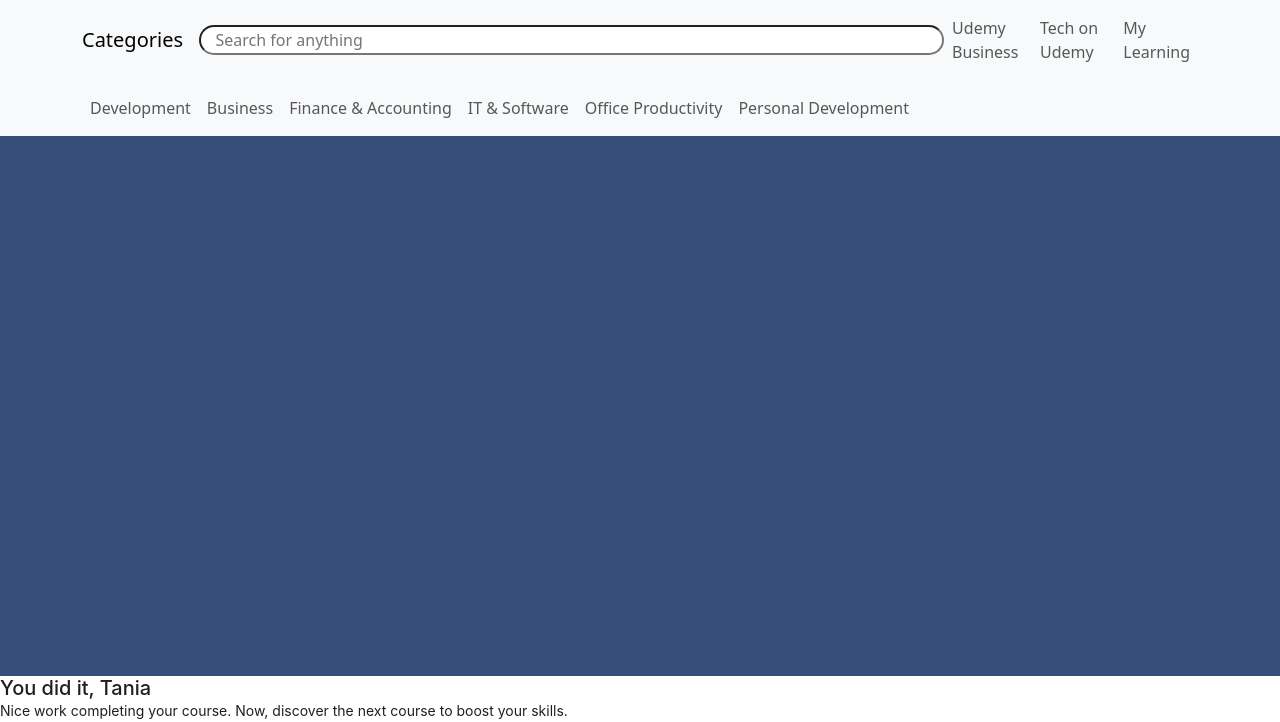
Repository: Taniafdes/newProject
Page: /
The author's editor kept a copy of each file at every save. The page is drawn from the files as they stood at one save, then again after a run of saves.
The browser window is 1280 px wide. The pictures show the whole page.
The project was rebuilt for these pictures with package versions that can differ from the ones it lists, and the page was loaded fresh each time. The framework's server and built-in components were replaced by stand-ins that run in the browser. Also part of the build but not shown: next.config.js.

Above is the page before, as saved 2023-06-15 16:35:02.

After the next 11 saves:
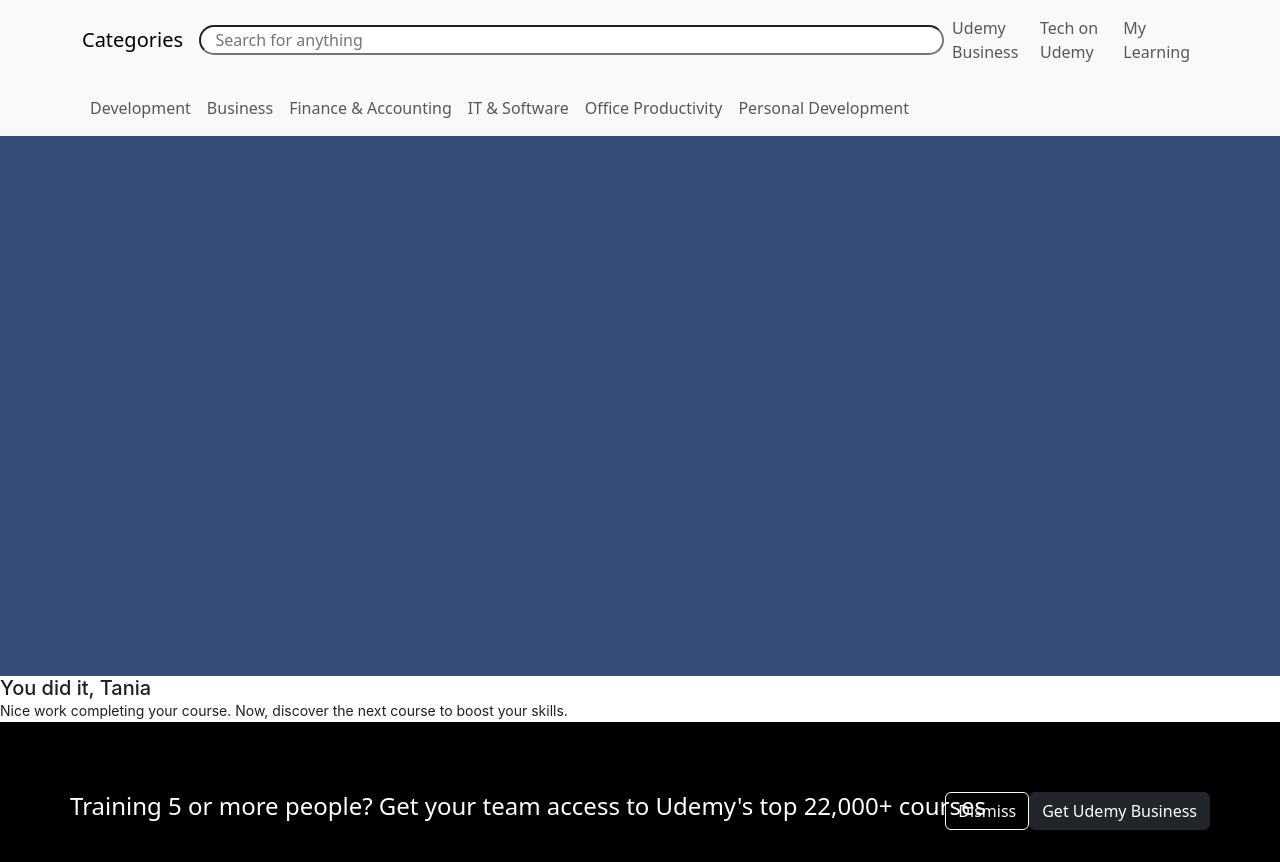
The 11 saves are shown as one change because 3 did not build or start and some came seconds apart.
The last was saved 46 s later.
--- a/components/MyFirst.js
+++ b/components/MyFirst.js
@@ -1,12 +1,14 @@
 import React from 'react'
 import Home from '../pages/home/home'
 import NavBarComponent from '../pages/home/navbar'
+import Division from '../pages/division/division'
 
 function MyFirst() {
   return (
     <div>
         <NavBarComponent />
         <Home />
+        <Division />
     </div>
   )
 }
--- a/pages/division/division.js
+++ b/pages/division/division.js
@@ -2,7 +2,7 @@
 import { Container } from 'react-bootstrap';
 import Button from 'react-bootstrap/Button';
 
-const division = () => {
+const Division = () => {
   return (
     <div>
     <div style={{backgroundColor: 'black', padding: '70px'}}>
@@ -15,4 +15,4 @@
   )
 }
 
-export default division
+export default Division
